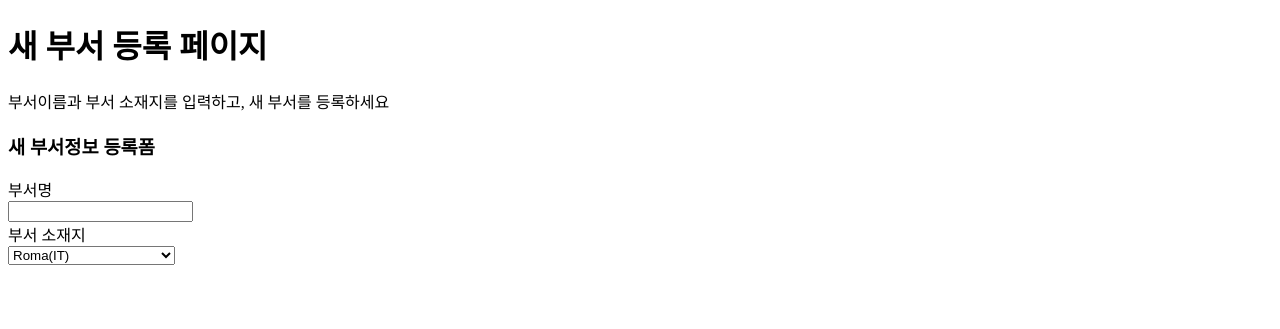
Repository: onuo77/HTA
Page: http://localhost/sample/hr/dept/form.jsp
These files come from the project's save history. The page is drawn as it stood at one moment and after the next save; the edit follows.
The browser window is 1280 px wide. The pictures show the whole page.
The page is served by Tomcat 9. Other server files are loaded and not shown.

Above is the page before, as saved 2021-05-21 05:16:40.

### java-web/sample/src/main/webapp/hr/dept/form.jsp
<%@ page language="java" contentType="text/html; charset=UTF-8"
    pageEncoding="UTF-8"%>
<!DOCTYPE html>
<html>
<head>
<meta charset="UTF-8">
<title>인사관리 :: 부서관리</title>
</head>
<body>
	<h1>새 부서 등록 페이지</h1>
	<p>부서이름과 부서 소재지를 입력하고, 새 부서를 등록하세요</p>

	<h3>새 부서정보 등록폼</h3>
	<form method="post" action="add.jsp">
		<label>부서명</label><br/>
		<input type="text" name="name" /><br/>
		<label>부서 소재지</label><br/>
		<select name="locationId">
			<option value="1000">Roma(IT)</option>
			<option value="1100">Venice(IT)</option>
			<option value="1200">Tokyo(IT)</option>
			<option value="1300">Hiroshima(IT)</option>
			<option value="1400">Southlake(IT)</option>
			<option value="1500">South San Francisco(IT)</option>
		</select>
	</form>
</body>
</html>

After the next save:
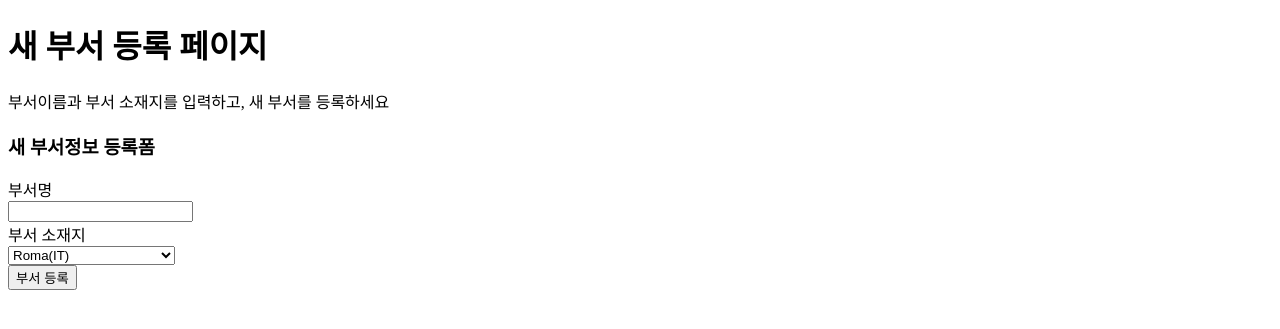
Saved 81 s later.
--- a/java-web/sample/src/main/webapp/hr/dept/form.jsp
+++ b/java-web/sample/src/main/webapp/hr/dept/form.jsp
@@ -22,7 +22,8 @@
 			<option value="1300">Hiroshima(IT)</option>
 			<option value="1400">Southlake(IT)</option>
 			<option value="1500">South San Francisco(IT)</option>
-		</select>
+		</select><br/>
+		<button type="submit">부서 등록</button>
 	</form>
 </body>
 </html>
